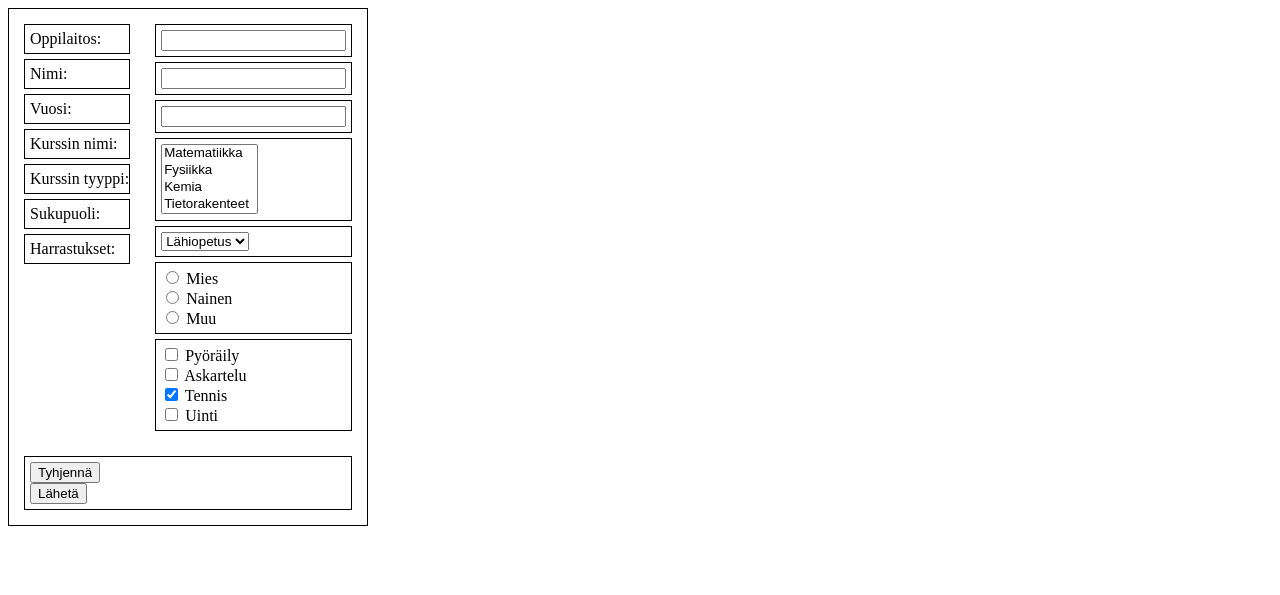
Repository: Niina-Maria/tehtavat-12-17-Niina-Maria2
Page: teht15.html
The author's editor kept a copy of each file at every save. The page is drawn from the files as they stood at one save, then again after the next save.
The browser window is 1280 px wide. The pictures show the whole page.

Above is the page before, as saved 2024-11-19 23:18:01.

### teht15.html
<!DOCTYPE html>
<html>
    <head>
        <link rel="stylesheet" href="teht15.css">
    </head>
        <style>


        </style>
            <body>
                    <div class="grid-container">
                        <div class="grid-item">
                            <div><label for="school">Oppilaitos: </label></div>
                            <div><label for="name">Nimi: </label></div>
                            <div><label for="year">Vuosi: </label></div>
                            <div><label for="course">Kurssin nimi:  </label></div>
                            <div><label for="type">Kurssin tyyppi:</label></div>
                            <div><label for="sukupuoli">Sukupuoli:</label></div>
                            <div><label for="hobbies">Harrastukset:</label></div>
                        </div>
                        <div class="grid-item-three">
                            <div><input type="text" id="school" name="school"></div>
                            <div><input type="text" id="name" name="name"></div>
                            <div ><input type="password" id="year" name="year"></div>
                            <div>
                                <select class="course" name="course" size="4">
                                <option value="matematiikka">Matematiikka</option>
                                <option value="fysiikka">Fysiikka</option>
                                <option value="kemia">Kemia</option>
                                <option value="tietorakenteet">Tietorakenteet</option>
                                <option value="webohjelmointi">Webohjelmointi</option>
                                </select>
                            </div>
                            <div >
                                <select class="type" name="type" size="1">
                                    <option value="lähiopetus">Lähiopetus</option>
                                    <option value="etäopetus">Etäopetus</option>
                                    <option value="hybridi">Hybridi</option>
                                    <option value="monimuoto">Monimuoto</option>
                                    <option value="avoinamk">AvoinAMK</option>
                                </select>
                            </div>
                            <div >
                                <input type="radio" id="male" name="gender" value="male">
                                <label class="sukup"for="male">Mies</label><br>
                                <input type="radio" id="female" name="gender" value="female">
                                <label class="sukup"for="female">Nainen</label><br>
                                <input type="radio" id="other" name="gender" value="other">
                                <label class="sukup"for="other">Muu</label>
                            </div>
                            <div >
                                <input type="checkbox" id="hobbiesbike" name="hobbiesbike">
                                    <label for="hobbiesbike"> Pyöräily</label><br>
                                    <input type="checkbox" id="hobbiesaskartelu" name="hobbiesaskartelu">
                                    <label for="hobbiesaskartelu"> Askartelu</label><br>
                                    <input type="checkbox" id="hobbiestennis" name="hobbiestennis" checked="checked">
                                    <label for="hobbiestennis"> Tennis</label><br>
                                    <input type="checkbox" id="hobbiesuinti" name="hobbiesuinti">
                                    <label for="hobbiesuinti"> Uinti</label><br>
                            </div>
                        </div>
                        <div class="grid-item-two">
                            <div>
                                <input type="reset" id="napit" value="Tyhjennä"><br>
                                <input type="submit"id="napit2" value="Lähetä">
                            </div>
                        </div>

                    </div>
            </body>
</html>

### teht15.css
.grid-container {
  display: grid;
  gap: 5px;
  border: 1px solid black;
  width: fit-content;
  justify-content: first baseline;
  grid-column: 1/span 2;
}

.grid-item {
   text-align: left;
   padding: 10px;
   grid-column: 1/span 1;
}

.grid-item > div {
  border: 1px solid black;
  margin: 5px;
  padding: 5px;
  padding-right: 0;
}

.grid-item-three {
   padding: 10px;
   padding-left: 0;
   padding-bottom: 0;
   grid-column: 2 / span 1;
}

.grid-item-three > div {
  border: 1px solid black;
  margin: 5px;
  padding: 5px;

}
.grid-item-two{
  padding: 10px;
  grid-column: 1/span 2;
  align-items: center;
}
.grid-item-two > div {
   padding: 5px;
   margin: 5px;
   border: 1px solid black;
  }

After the next save:
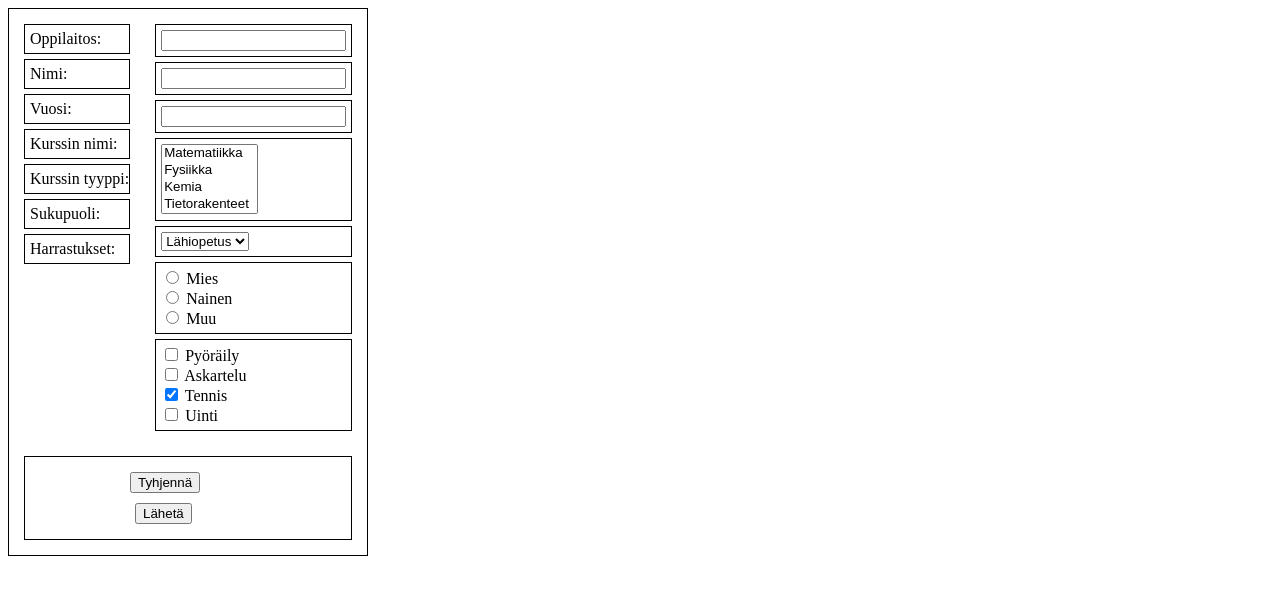
Saved 13 s later.
--- a/teht15.css
+++ b/teht15.css
@@ -43,3 +43,15 @@
    margin: 5px;
    border: 1px solid black;
   }
+
+  #napit {
+    margin-left: 100px;
+    margin-top: 10px;
+    margin-bottom: 5px;
+  }
+
+  #napit2 {
+    margin-left: 105px;
+    margin-top: 5px;
+    margin-bottom: 10px;
+  }
